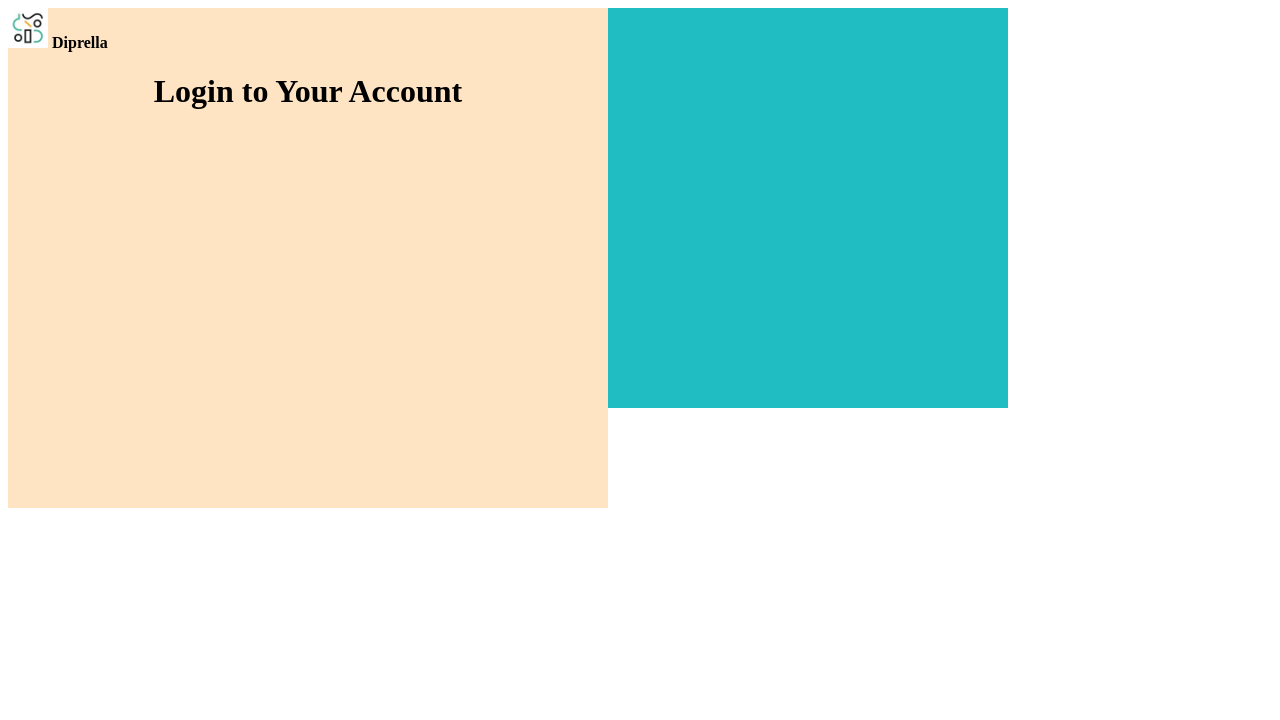
Repository: Tobby004/bdc-assignment-3
Page: task.html
These files come from the project's save history. The page is drawn as it stood at one moment and after the next save; the edit follows.
The browser window is 1280 px wide. The pictures show the whole page.

Above is the page before, as saved 2023-02-21 22:58:19.

After the next save:
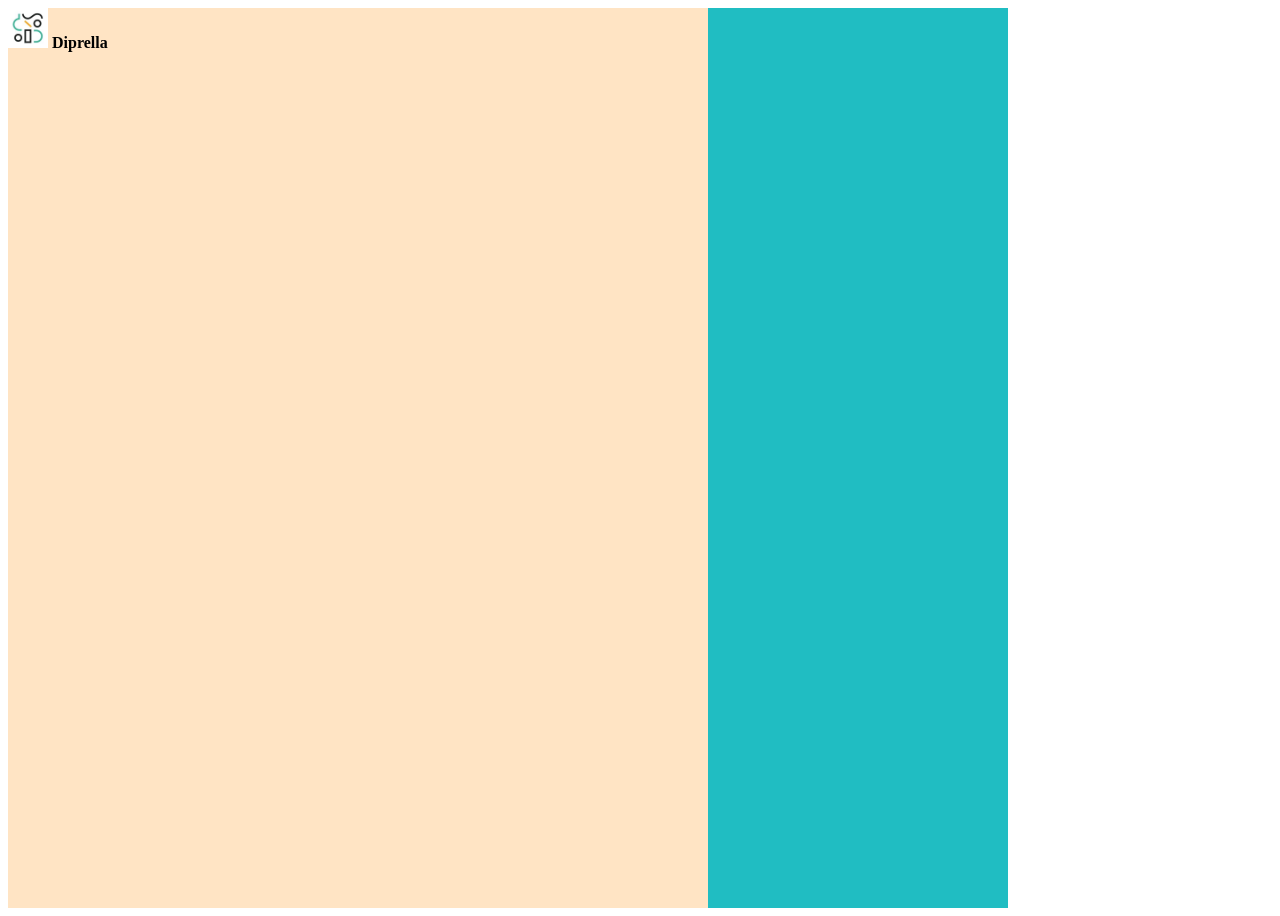
Saved 112 s later.
--- a/task.html
+++ b/task.html
@@ -12,7 +12,7 @@
         <div class="box1">
         <header id="logo"><img src="diprella.JPG" height="40px">
         <b>Diprella</b></header>
-        <h1>Login to Your Account</h1>
+        <h1></h1>
         </div>
         <div class="box2"></div>
     </div>
--- a/task.css
+++ b/task.css
@@ -6,13 +6,13 @@
 }
 .box1 {
     background-color: bisque;
-    height: 500px;
-    width: 600px;
+    height: 900px;
+    width: 700px;
 }
 .box2{
     background-color: #20bdc2;
-    height: 400px;
-    width: 400px;
+    height: 900px;
+    width: 300px;
 }
 h1 {
     text-align: center;
